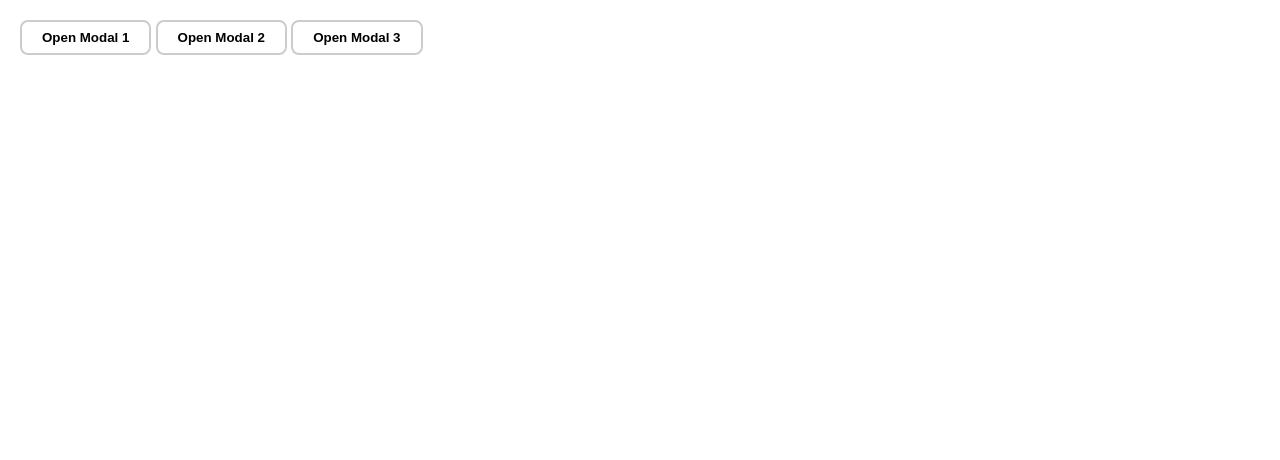
Repository: hoangan3526/Javascript-project
Page: index.html
An editor plug-in stored every save of this project. The page is shown before and after the next save, followed by the edit.
The browser window is 1280 px wide. The pictures show the whole page.

Above is the page before, as saved 2026-04-07 22:40:25.

After the next save:
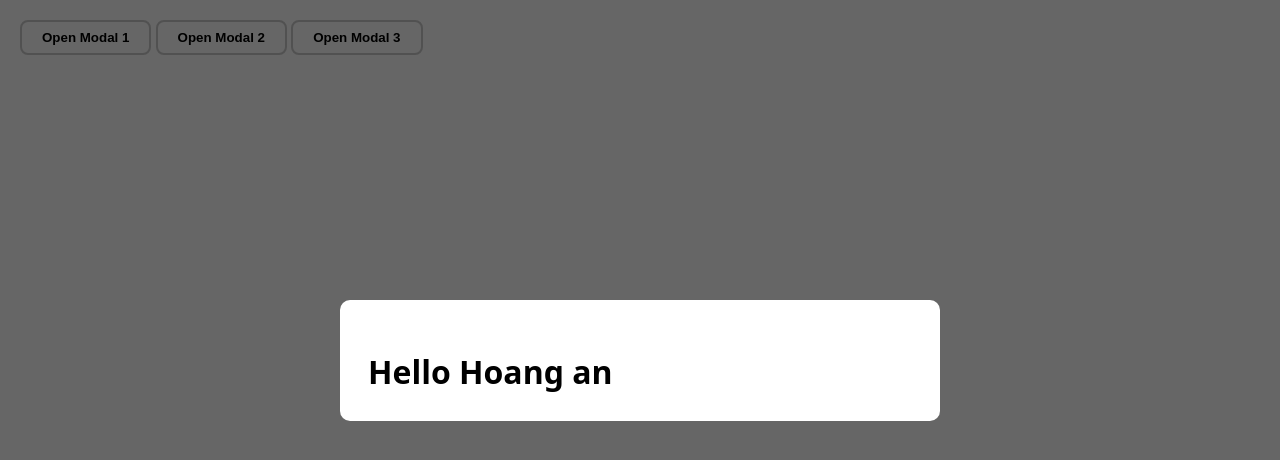
Saved 10 h 18 min later.
--- a/main.js
+++ b/main.js
@@ -21,6 +21,10 @@ function Modal(){
         backdrop.append(container);
         document.body.append(backdrop);
 
+
+        setTimeout(() => {
+            backdrop.classList.add('show');
+        }, 0);
     }
 }
 
